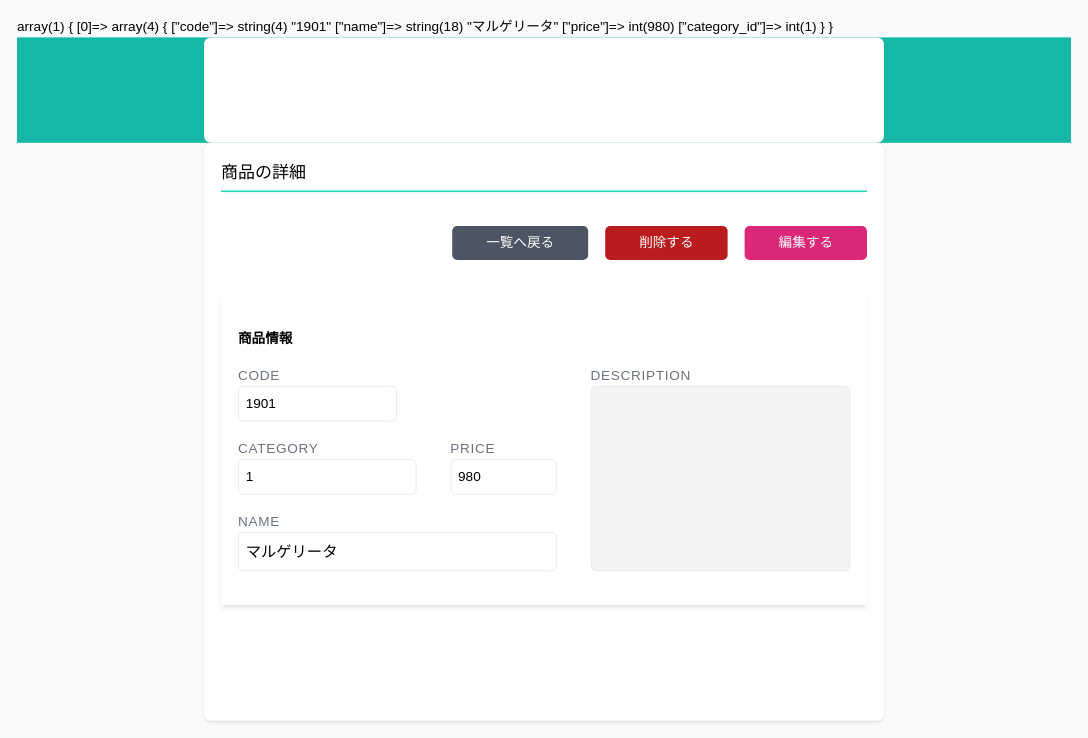
Repository: ShunKUN1182/STD_PHP
Page: http://localhost/kadai07_1.php?product_code=1901
These files come from the project's save history. The page is drawn as it stood at one moment and after the next save; the edit follows.
The browser window is 1280 px wide. The pictures show the whole page, at 85% of full size.
Some web libraries are served in a nearby version. The page is run by PHP 8.4 with error messages shown; the project is at /var/www/html/. The database holds what the project's SQL file puts in it.

Above is the page before, as saved 2026-07-10 13:55:33.

### kadai07_1.php
<?php
require_once __DIR__ . "/config.php";
$productCode = filter_input(INPUT_GET,"product_code");
if (!$productCode) {
  header("Location: kadai06_1.php");
}
$db = new PDO(DB_DSN,DB_USER,DB_PASS);
$products_table = TB_PRODUCTS;
$sql = "SELECT * FROM $products_table WHERE code = $productCode";
$stmt = $db-> prepare($sql);
$stmt->execute();
$productResult = [];
while($row = $stmt->fetch(PDO::FETCH_ASSOC)) {
  $productResult[] = $row;
}


var_dump($productResult)
?>
<!DOCTYPE html>
<html lang="ja">
<head>
  <meta charset="UTF-8">
  <meta name="viewport" content="width=device-width, initial-scale=1.0">

  <!-- link -->
  <link href="asset/styles/style.css" rel="stylesheet">

  <!-- script -->
  <script src="https://cdn.tailwindcss.com"></script>
  <title>php1 - kadai07_1</title>
</head>
<body class="bg-slate-50">
<div class="wrapper box-border">

<header class="bg-teal-500">
  <div class="container mx-auto px-2 py-5">
    <h1 class="text-l text-white mb-6"><a href="#">サーバーサイドスクリプト演習１</a></h1>
    <h2 class="text-3xl text-white">データベース処理</h2>
  </div><!--/.container-->
</header>

<main>
  <div class="container w-full h-full mx-auto px-2 py-20">

    <h3 class="text-xl border-b-2 border-teal-400 pb-2 mb-10">商品の詳細</h3>

    <div class="flex flex-col sm:flex-row justify-end mb-10">
      <a href="kadai06_1.php" class="text-white text-center leading-10 bg-gray-600 px-10 hover:bg-gray-500 rounded-md">一覧へ戻る</a>
      <a href="#" class="text-white text-center leading-10 bg-red-700 px-10 px-10 mx-5 hover:bg-red-600 rounded-md">削除する</a>
      <!--kadai10_1-->
      <!--
        <form action="" method="" class="w-full sm:w-fit">
        <input type="hidden" name="_method" value="DELETE">
        <input type="hidden" name="product_no" value="">
        <button type="submit" class="w-full sm:w-fit text-white text-center leading-10 bg-red-700 px-10 px-10 mx-0 sm:mx-5 my-2 sm:my-0 hover:bg-red-600 rounded-md">削除する</button>
      </form>
      -->
      <!--/kadai09_1-->
      <a href="#" class="text-white text-center leading-10 bg-pink-600 px-10 hover:bg-pink-500 rounded-md">編集する</a>
    </div>


    <div class="product-wrap px-5 py-10 shadow-md">
      <h4 class="font-bold mb-5">商品情報</h4>
      <div class="flex flex-col md:flex-row">
        <div class="flex-grow mr-0 md:mr-10 mb-5 md:mb-0">
          <div class="mb-5">
            <div class="w-6/12">
              <p class="text-gray-500 text-left uppercase tracking-wider">code</p>
              <p class="px-2 py-2 border rounded-md"><?= $productResult[0]["code"] ?></p>
            </div>
          </div>

          <div class="flex justify-between mb-5">
            <div class="flex-grow mr-10">
              <p class="text-gray-500 text-left uppercase tracking-wider">category</p>
              <p class="bg-white px-2 py-2 border  rounded-md"><?= $productResult[0]["category_id"] ?></p>
            </div>
            <div class="w-4/12">
              <p class="text-gray-500 text-left uppercase tracking-wider">price</p>
              <p class="bg-white px-2 py-2 border  rounded-md"><?= $productResult[0]["price"] ?></p>
            </div>
          </div>

          <div>
            <p class="text-gray-500 text-left uppercase tracking-wider">name</p>
            <p class="bg-white text-lg px-2 py-2 border  rounded-md"><?= $productResult[0]["name"] ?></p>
          </div>
        </div>

        <div class="flex flex-col items-stretch flex-grow">
          <p class="text-gray-500 text-left uppercase tracking-wider">description</p>
          <p class="flex-grow h-32 md:h-max text-lg px-2 bg-gray-100 py-2 border rounded-md"></p>
        </div>
      </div>

    </div><!--/.product-wrap-->

      <!-- エラーメッセージ -->
      <!-- <p class="text-xl">エラーメッセーの表示</p> -->


  </div><!--/.container-->
</main>

</div><!--/.wrapper-->
</body>
</html>

### config.php
<?php
// 定数などのサイトの設定を定義する

const SITE_NAME = "サーバーサイド1";

define("DOC_ROOT" , __DIR__);

const WEB_ROOT = "https://10.202.10.3/ecc/sfukusima/php1/";

//DB関連
const DB_DRIVER = "mysql";
const DB_HOST = "localhost";
const DB_NAME = "sfukusima";
const DB_USER = "sfukusima";
const DB_PASS = "eccMyAdmin";
const DB_CHAR = "utf8mb4";
const DB_DSN = DB_DRIVER.":host=".DB_HOST.";dbname=".DB_NAME.";charset=".DB_CHAR;

//テーブル関係
const TB_ZIP = "php1_zip";
const TB_PRODUCTS = "php1_products";
const TB_CATEGORIES = "php1_categories";
?>

### css/style.css
* {
    box-sizing: border-box;
}

body {
    background: #f4f4f4;
    font-family: sans-serif;
    padding: 20px;
}

.container {
    background: #fff;
    border-radius: 8px;
    box-shadow: 0 2px 4px rgba(0, 0, 0, 0.1);
    margin: 0 auto;
    max-width: 800px;
    padding: 20px;
}

.product-grid {
    display: flex;
    gap: 20px;
    margin-bottom: 30px;
}

.product {
    border-radius: 4px;
    border: 1px solid #ddd;
    flex: 1;
    padding: 15px;
    text-align: center;
}

.product h3 {
    margin: 0 0 10px;
}

button {
    background: #28a745;
    border-radius: 4px;
    border: none;
    color: white;
    cursor: pointer;
    padding: 8px 16px;
}

.cart-table {
    border-collapse: collapse;
    margin-bottom: 20px;
    width: 100%;
}

colgroup col:nth-of-type(1) {
    width: 300px;
}

.cart-table th,
.cart-table td {
    border: 1px solid #eee;
    padding: 10px;
    text-align: left;
}

.cart-table th {
    background: #fafafa;
}

tfoot th {
    text-align: right;
}

.btn-clear {
    background: #dc3545;
}

### database/Products.sql (the tables this page reads)
CREATE TABLE  php1_products(
    `code`        VARCHAR(4)    PRIMARY KEY,    
    `name`        VARCHAR(64)   NOT NULL,       
    `price`       INT UNSIGNED,                 
    `category_id` INT UNSIGNED  NOT NULL        
);

INSERT INTO php1_products( `code`, `name`, `price`, `category_id` ) VALUES 
    ( "1901", "マルゲリータ", 980, 1 ),
    ( "1902", "アメリカン", 720, 1 ),
    ( "1903", "ジェノベーゼ", 1340, 1 ),
    ( "2901", "コーラ", 200, 2 ),
    ( "2902", "スプライト", 200, 2 ),
    ( "2903", "スーパードライ", 300, 2 ),
    ( "3901", "バニラシェイク", 590, 3 ),
    ( "3902", "ストロベリーシェイク", 590, 3 ),
    ( "3903", "プチパンケーキ", 460, 3 );

After the next save:
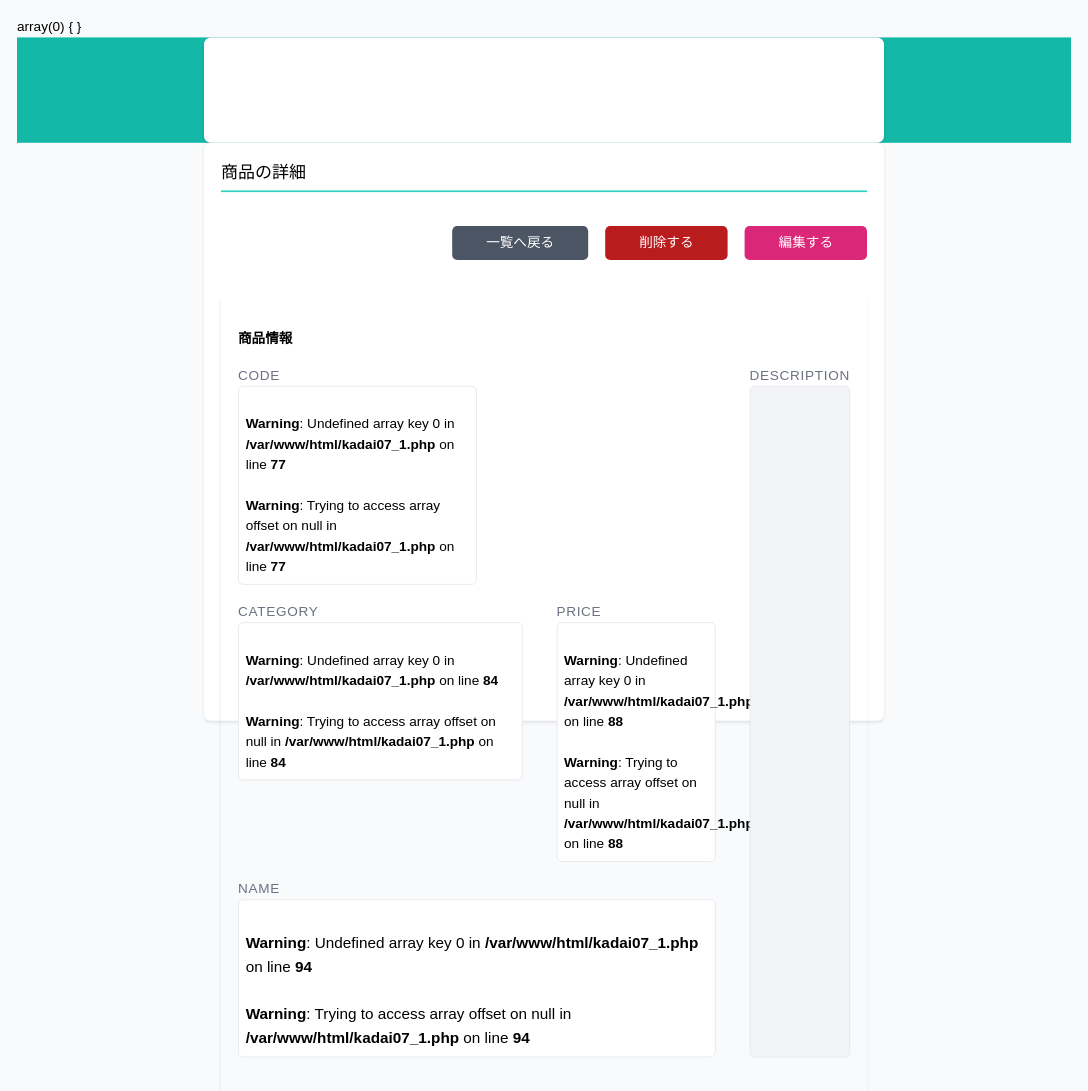
Saved 4 s later.
--- a/kadai07_1.php
+++ b/kadai07_1.php
@@ -14,6 +14,12 @@ while($row = $stmt->fetch(PDO::FETCH_ASSOC)) {
   $productResult[] = $row;
 }
 
+$db = new PDO(DB_DSN,DB_USER,DB_PASS);
+$products_table = TB_PRODUCTS;
+$sql = "SELECT * FROM $products_table WHERE code = $productCode";
+$stmt = $db-> prepare($sql);
+$stmt->execute();
+$productResult = [];
 
 var_dump($productResult)
 ?>
